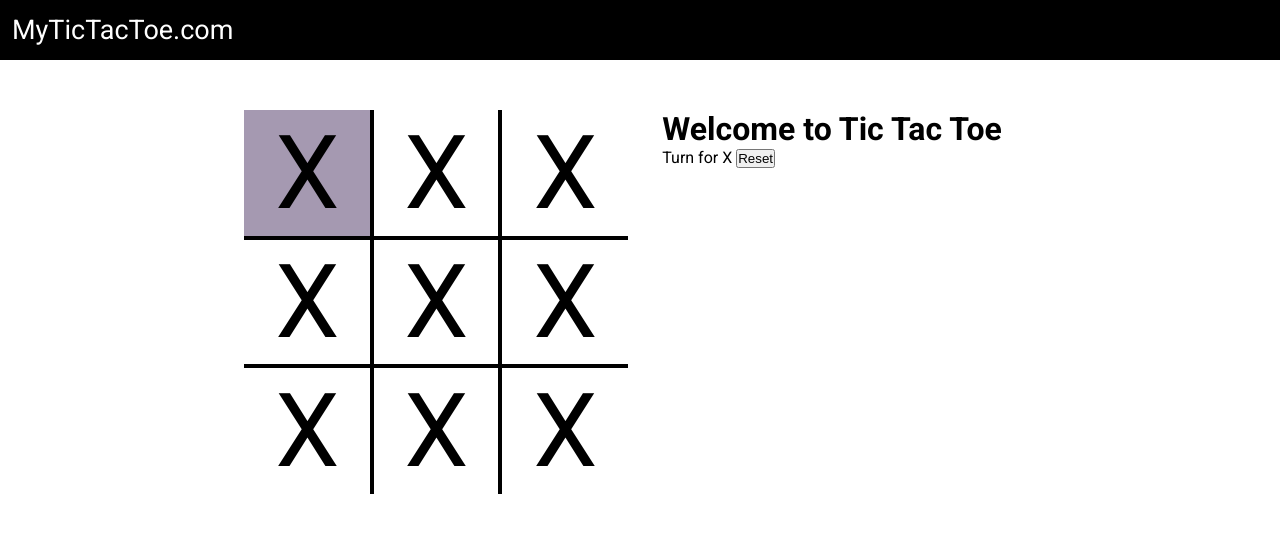
Repository: AshwinUgale/TicTacToe
Page: index.html
An editor plug-in stored every save of this project. The page is shown before and after the next save, followed by the edit.
The browser window is 1280 px wide. The pictures show the whole page.
The pointer rests on the first visible `.box`.

Above is the page before, as saved 2024-12-19 10:15:16.

### index.html
<!DOCTYPE html>
<html lang="en">
<head>
  <meta charset="UTF-8">
  <meta name="viewport" content="width=device-width, initial-scale=1.0">
  <title>Tic Tac Toe</title>
  <link rel="stylesheet" href="style.css">
</head>
<body>
    <nav>
      <ul>
        <li>MyTicTacToe.com</li>
      </ul>
    </nav>
    <div class="gameContainer">
      <div class="container">
        <div class="box bt-0 bl-0 "><span class="boxtext">X</span></div>
        <div class="box bt-0"><span class="boxtext">X</span></div>
        <div class="box bt-0 br-0"><span class="boxtext">X</span></div>
        <div class="box bl-0"><span class="boxtext">X</span></div>
        <div class="box"><span class="boxtext">X</span></div>
        <div class="box br-0"><span class="boxtext">X</span></div>
        <div class="box bl-0 bb-0"><span class="boxtext">X</span></div>
        <div class="box bb-0"><span class="boxtext">X</span></div>
        <div class="box bb-0 br-0"><span class="boxtext">X</span></div>
      </div>
      <div class="gameInfo">
        <h1>Welcome to Tic Tac Toe</h1>
        <div>
          <span class="info">Turn for X</span>
          <button id="reset">Reset</button>
        </div>
        <div class="imgbox">
          <img src="excited.gif" alt="" srcset="">
        </div>
      </div>
    </div>
    <script src="script.js"></script>
</body>
</html>
<link rel="stylesheet"

### style.css
@import url('https://fonts.googleapis.com/css2?family=Roboto:ital,wght@0,100;0,300;0,400;0,500;0,700;0,900;1,100;1,300;1,400;1,500;1,700;1,900&display=swap');

*{
    margin: 0;
    padding: 0;
}

nav {
    background-color: black;
    color: white;
    height: 60px;
    font-size: 27px;
    display: flex;
    align-items: center;
    padding: 0 12px;
    font-family: "Roboto", serif;
}

nav ul{
    list-style-type: none;
}

.gameContainer{
    display: flex;
    justify-content: center;
    margin-top: 50px;
}

.container{
    display: grid;
    grid-template-rows: repeat(3,10vw);
    grid-template-columns: repeat(3,10vw);
    font-family:"Roboto", serif;
}

.box{
    border: 2px solid black;
    font-size: 8vw;
    cursor: pointer;
    display: flex;
    justify-content: center;
    align-items: center;
}

.box:hover{
    background-color: rgb(165, 153, 177);
}

.gameInfo{
    padding: 0 34px;
    font-family:"Roboto", serif;
}

.imgbox img{
    display: none;
}

.br-0{
    border-right: 0;
}

.bl-0{
    border-left: 0;
}

.bt-0{
    border-top: 0;
}

.bb-0{
    border-bottom: 0;
}

Loaded but not shown: script.js (no stored copy; drawn as an empty file)

After the next save:
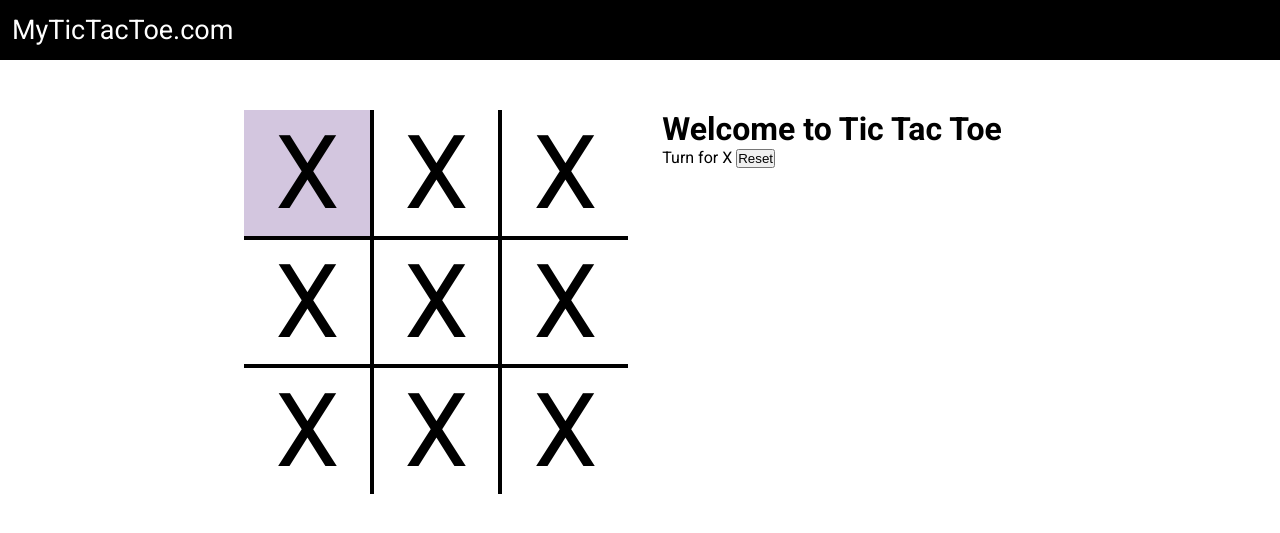
Saved 14 s later.
--- a/style.css
+++ b/style.css
@@ -43,7 +43,7 @@ nav ul{
 }
 
 .box:hover{
-    background-color: rgb(165, 153, 177);
+    background-color: rgb(211, 198, 223);
 }
 
 .gameInfo{
